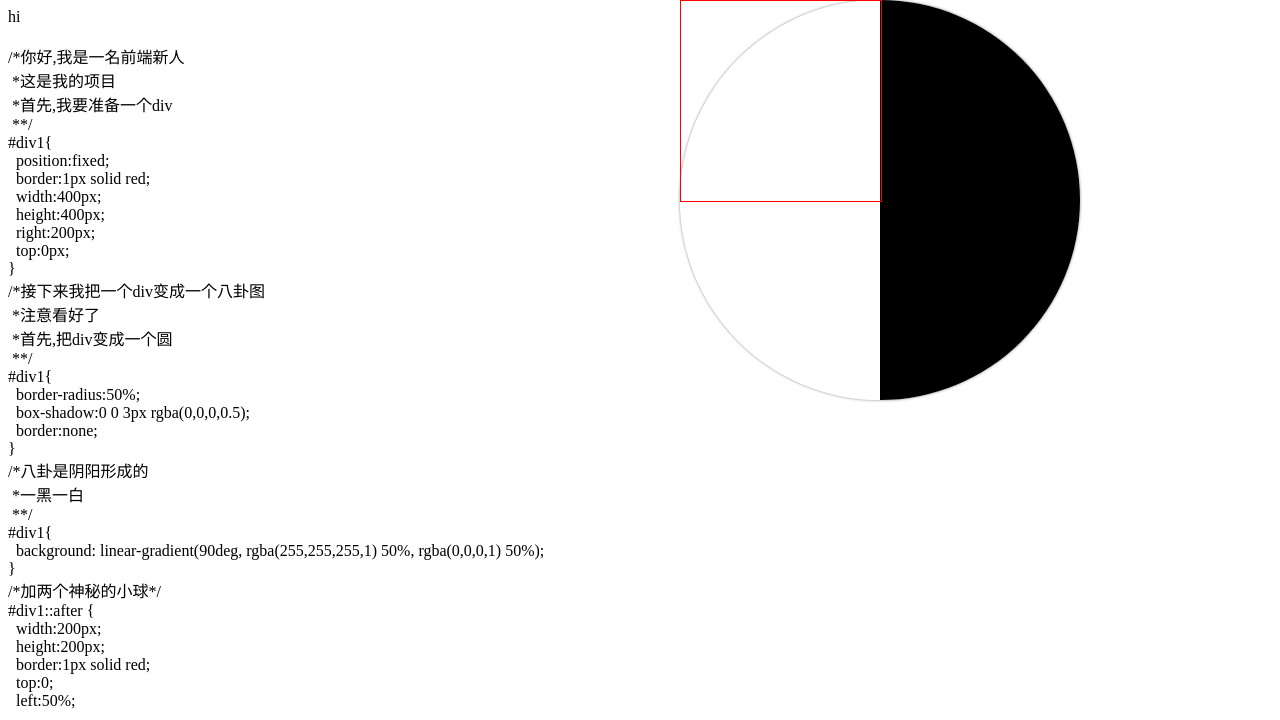
Repository: chenguocan/JS_cv
Page: index.html
The author's editor kept a copy of each file at every save. The page is drawn from the files as they stood at one save, then again after the next save.
The browser window is 1280 px wide. The pictures show the whole page.

Above is the page before, as saved 2020-07-29 15:49:11.

After the next save:
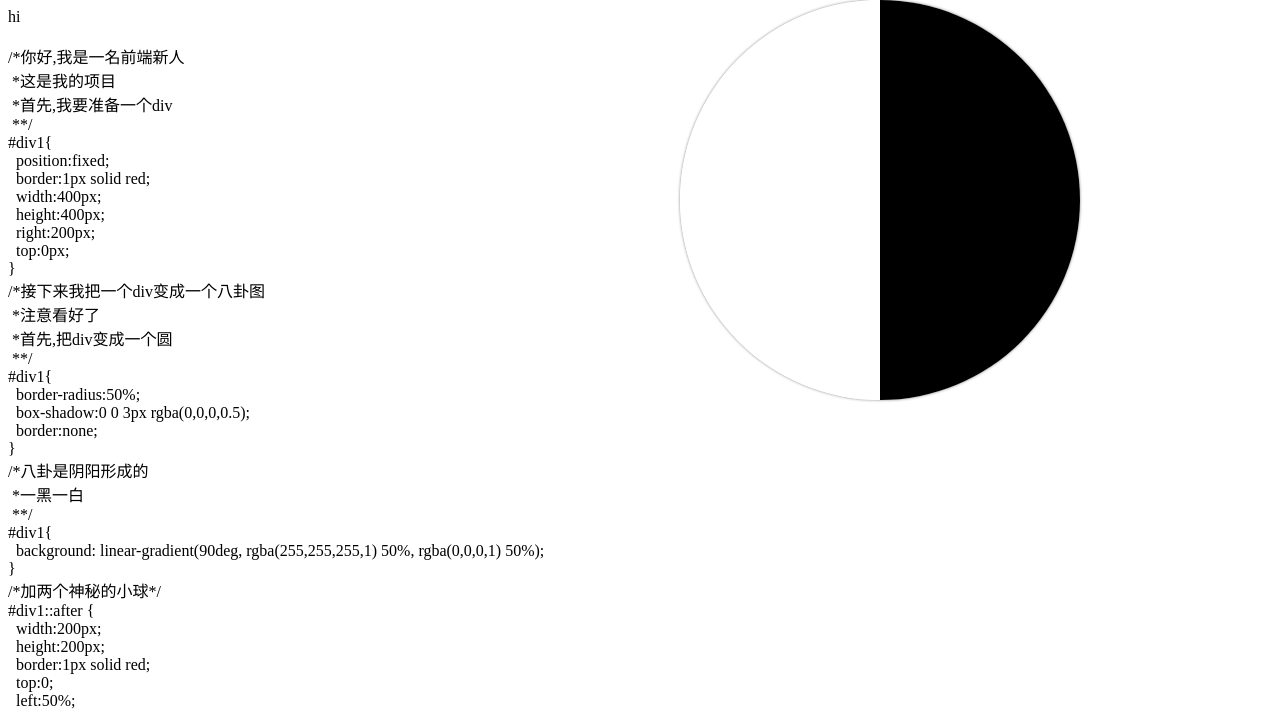
Saved 14 s later.
--- a/index.html
+++ b/index.html
@@ -5,7 +5,7 @@
     <meta name="viewport" content="width=device-width, initial-scale=1.0" />
     <title>Document</title>
     <style>
-      #div1::after {
+      #div1::before {
         content: "";
         display: block;
       }
